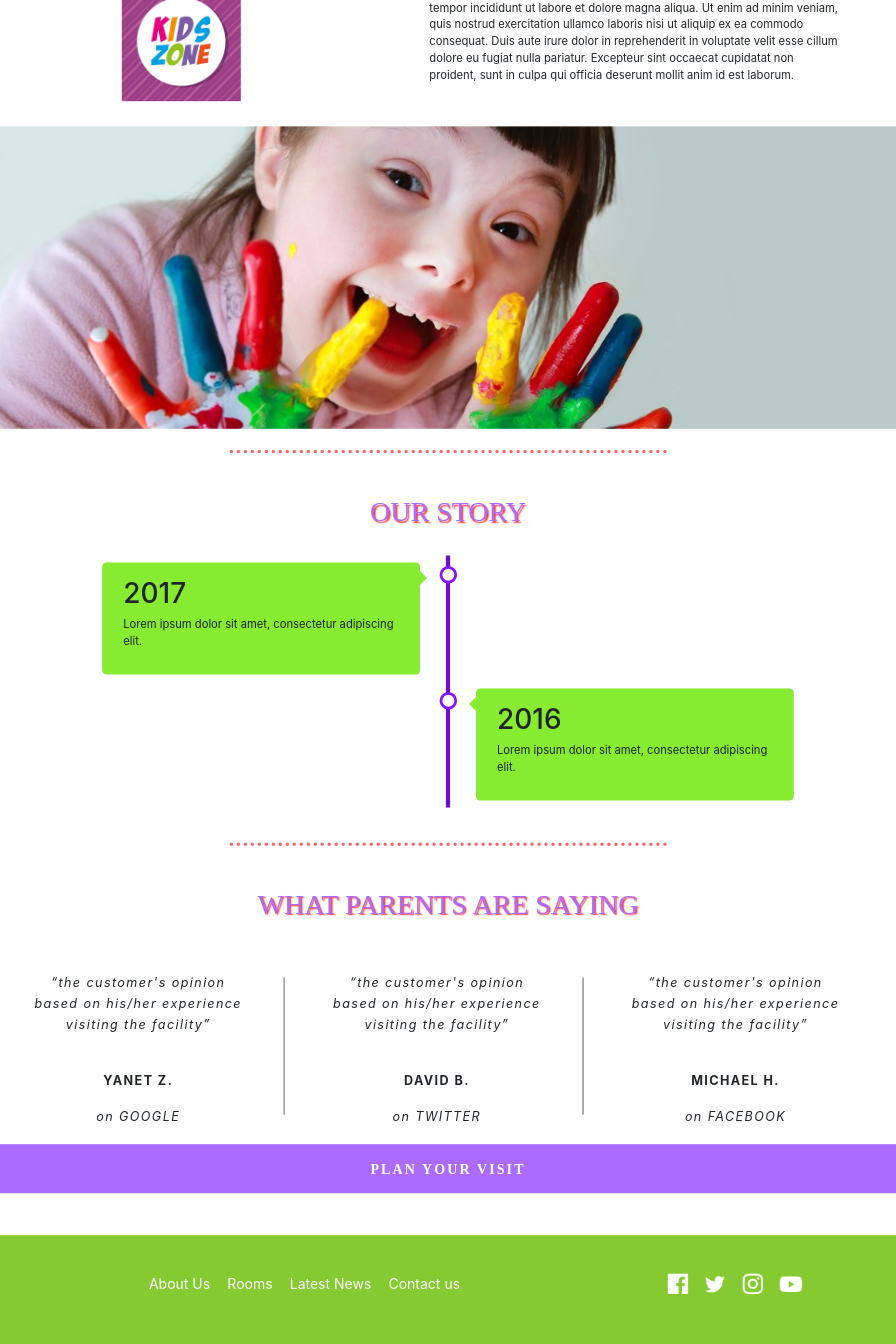
Repository: Code-Institute-Submissions/my-first-frontend-milestone-project
Page: about.html
The author's editor kept a record of every edit. The page is drawn from the files as they stood at one moment, then again after the next edit.
The browser window is 1280 px wide. The pictures show the part of the page from y = 722 to 2642 px (the page is 2642 px tall), at 70% of full size.
The pointer rests on the first visible `.planyourvisit-btn`.
Some web fonts or font styles are not loaded; a fallback is used.

Above is the page before.

After the next edit:
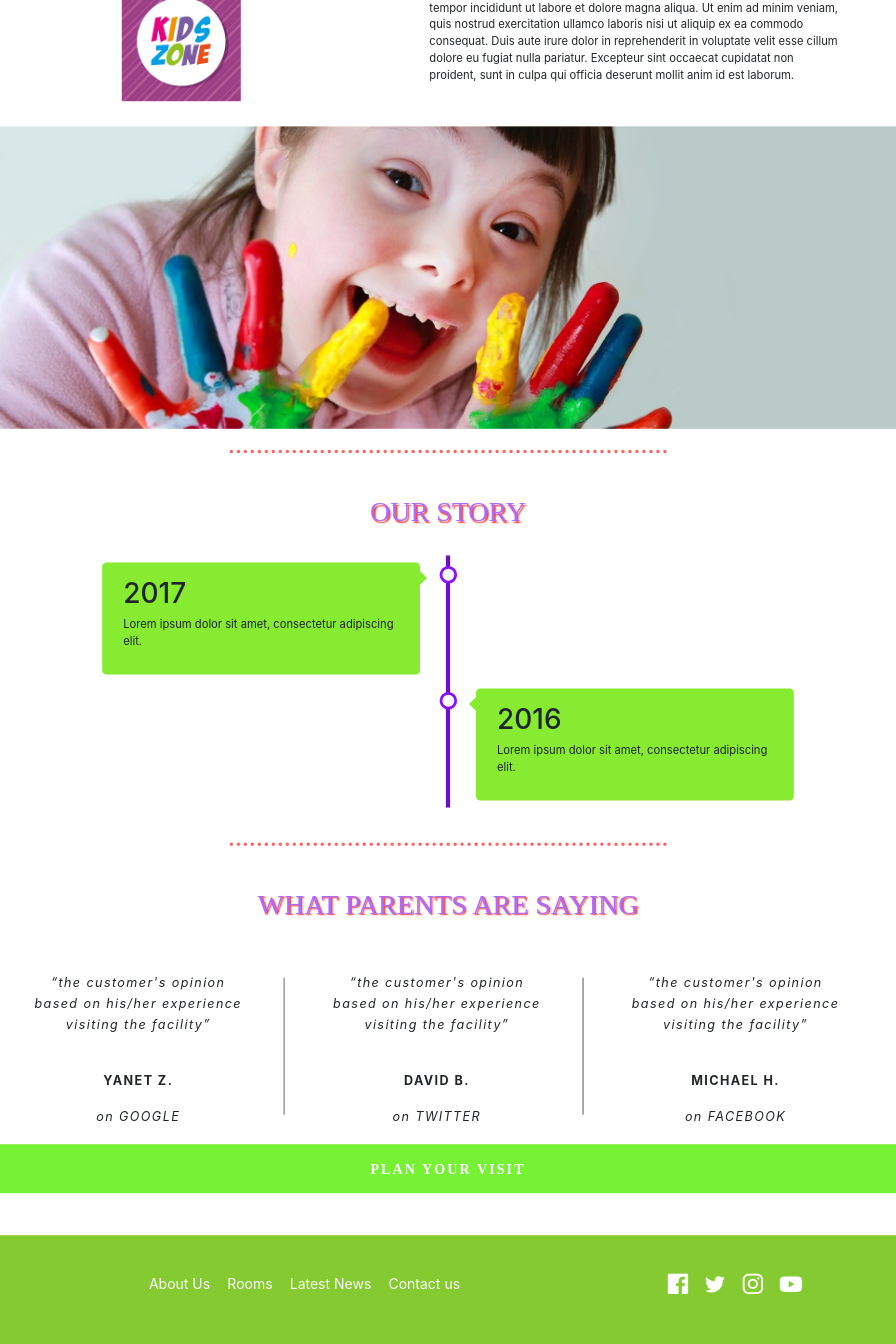
The edit:
--- a/css/style.css
+++ b/css/style.css
@@ -340,7 +340,7 @@
 }
 
 .planyourvisit-btn:hover {
-    background:#AB6BFF;
+    background:#76F134;
     color:white;
     text-decoration: none;
 }
